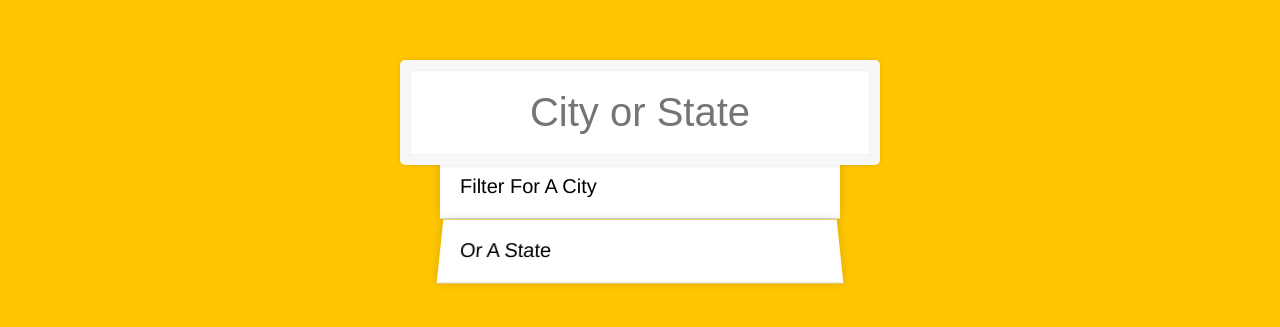
Repository: Saieebawake/Type-Ahead-City-or-State-Search
Page: index.html
The author's editor kept a copy of each file at every save. The page is drawn from the files as they stood at one save, then again after a run of saves.
The browser window is 1280 px wide. The pictures show the whole page.
The page's requests for data from a server got no answer.

Above is the page before, as saved 2026-09-27 20:41:02.

After the next 3 saves:
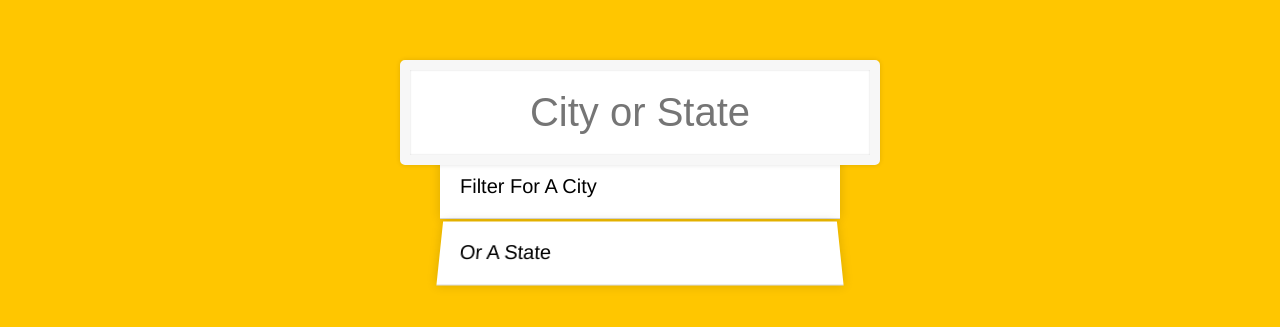
The 3 saves are shown as one change because they came seconds apart.
The last was saved 10 s later.
--- a/style.css
+++ b/style.css
@@ -55,5 +55,5 @@ input.search {
 }
 
 .suggestions li:nth-child(even) {
-    transform: perspective(100px) rotateX(3deg)
+    transform: perspective(100px) rotateX(3deg) translateY(2px)
 }
